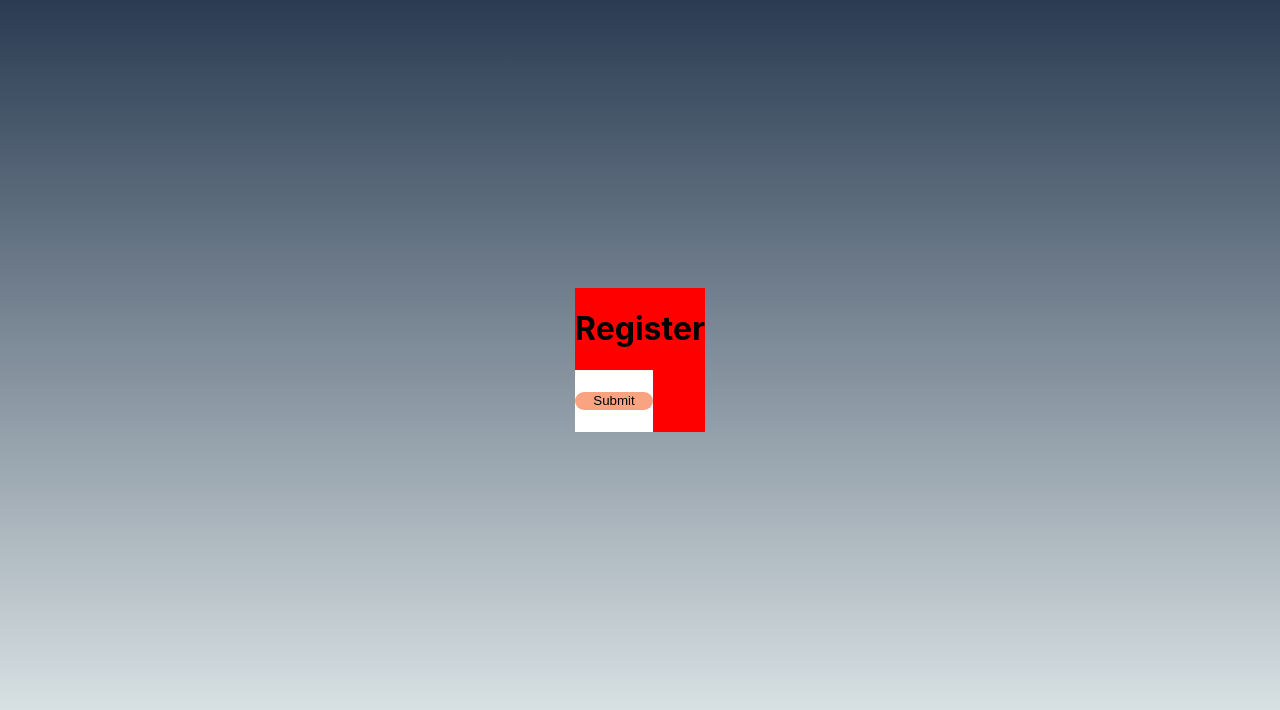
Repository: fatimash2123/todoApp
Page: /
The author's editor kept a copy of each file at every save. The page is drawn from the files as they stood at one save, then again after the next save.
The browser window is 1280 px wide. The pictures show the whole page.
The project was rebuilt for these pictures with package versions that can differ from the ones it lists, and the page was loaded fresh each time.

Above is the page before, as saved 2024-02-12 16:50:07.

After the next save:
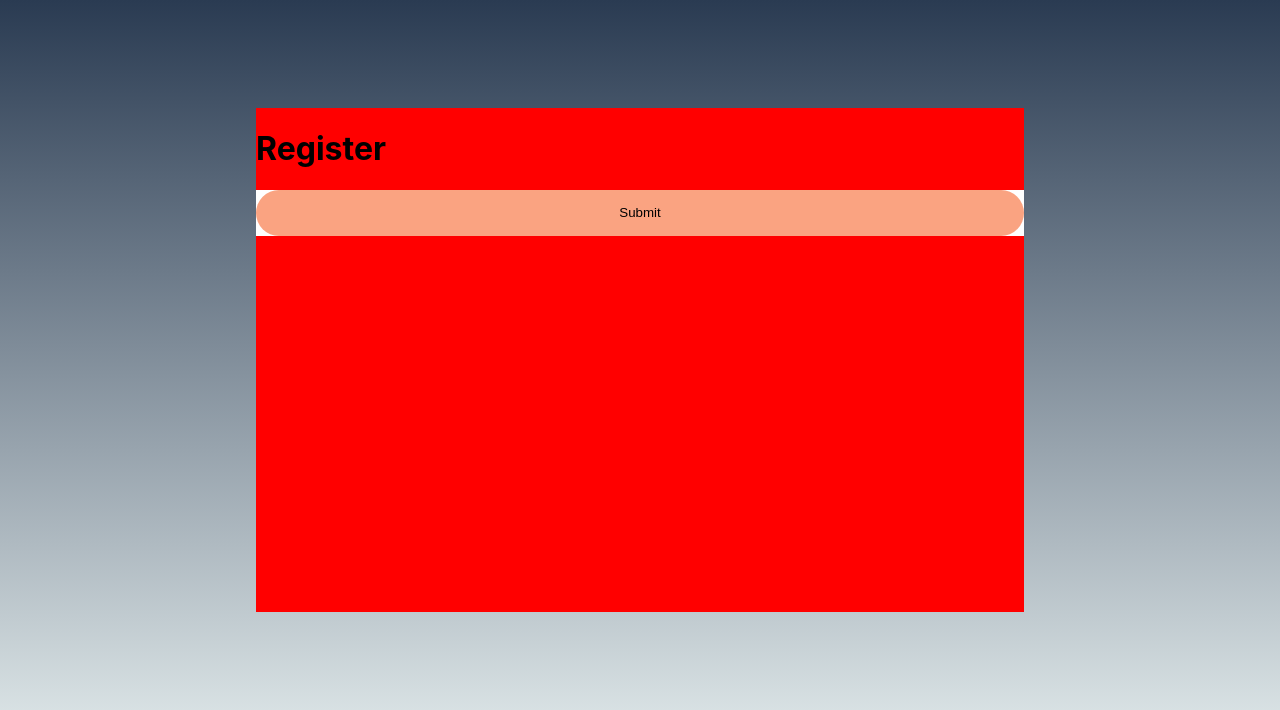
Saved 18 s later.
--- a/src/components/FormicContainer/FormicContainer.module.css
+++ b/src/components/FormicContainer/FormicContainer.module.css
@@ -1,8 +1,7 @@
 .formMain{
     display: flex;
     flex-direction: column;
-    width: 60%;
-    height: 70%;
+
     justify-content: center;
     align-items: center;
     background-color: white;
@@ -12,4 +11,6 @@
     height: 20%;
     display: flex;
     flex-direction: column;
+    width: 60%;
+    height: 70%;
 }
